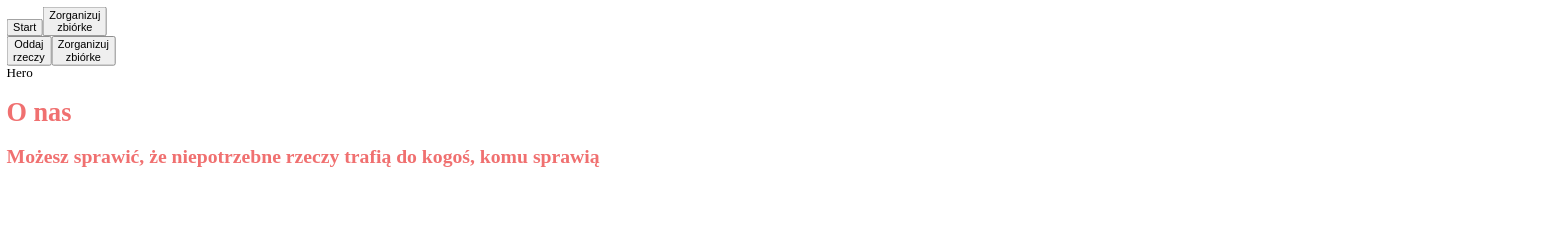
Repository: czaczula/projektstart
Page: /
These files come from the project's save history. The page is drawn as it stood at one moment and after the next save; the edit follows.
The browser window is 1280 px wide. The page is 1908 px wide, so the pictures cover 1908 px, including what lies to the right of the window. The pictures show the whole page, at 82% of full size.
The project was rebuilt for these pictures with package versions that can differ from the ones it lists, and the page was loaded fresh each time. Also part of the build but not shown: src/components/ThreeColumns/_ThreeColumns.scss, src/components/Nav/_Nav.scss, src/components/Register/Register.js, src/components/LogIn/LogIn.js, src/components/Register/LogOut.js.

Above is the page before, as saved 2021-03-22 18:32:08.

### src/components/Home/Home.js
import React from 'react';
import ThreeColumns from "../ThreeColumns/ThreeColumns";
import LittleDo from "../LittleDo/LittleDo";
import WhoWeHelp from '../WhoWeHelp/WhoWeHelp';
import ContactUs from '../ContactUS/ContactUs.js';
import AboutUs from '../AboutUs/AboutUs.js';
import Footer from '../Footer/Footer.js';
import Nav from '../Nav/Nav.js';


// function App() {
//   return (
//     <div style={{ backgroundImage: `url(${background})` }}>
//       Hello World
//     </div>
//   );
// }

// export default App;
export default function Home() {
    return (
        <>

        <div>

</div>
            <Nav/>
            <ThreeColumns/>
            <LittleDo/>
            <WhoWeHelp/>
            <AboutUs/>
            <ContactUs/>
            <Footer/>
        </>
    );
}

### src/components/ThreeColumns/ThreeColumns.js
import React from 'react'
import '../ThreeColumns/_ThreeColumns.scss';

export default function ThreeColumns() {
    return (
        <div>
            Hero

        </div>
    )
}

### src/components/LittleDo/LittleDo.js
import React from 'react'

export default function LittleDo() {
    return (
        <div>

        </div>
    )
}

### src/components/WhoWeHelp/WhoWeHelp.js
import React from 'react'

export default function WhoWeHelp() {
    return (
        <div>

        </div>
    )
}

### src/components/ContactUS/ContactUs.js
import React from 'react'

export default function ContactUs() {
    return (
        <div>

        </div>
    )
}

### src/components/AboutUs/AboutUs.js
import React from 'react';
import './_AboutUs.scss';

const AboutUs = () => {
    return (
        <div className='AboutUsContainer' id='AboutUs'>
            <div className='AboutUsScr'>
            <h1>O nas</h1>
            <div className='AboutUsDec'/>
            <h2>Możesz sprawić, że niepotrzebne rzeczy trafią do kogoś, komu sprawią</h2>
            <div className='AboutUsSig'/>
            </div>
            <div className='AboutUsImg'/>
        </div>
    )
}

export default AboutUs;

### src/components/Nav/Nav.js
import React from 'react';
import HeaderButtons from '../Nav/HeaderButtons';
import NavButtons from '../Nav/NavButtons';

//import { Link } from 'react-scroll';
//import { NavLink } from 'react-router-dom';
// import * as ROUTES from '../Mapofproject/Map.js';
//import Buttons from '../Nav/HeaderButtons';
import './_Nav.scss';


// export default function Nav() {
//     return (
//         <div>
const Layout =({children}) =>{
    return(
        <>
        <container>
        <div>
        <nav><NavButtons/></nav>
        <div></div>
        <div><HeaderButtons/></div>



        </div>
        <main>{children}</main>
        </container>
        </>
    )
}

export default Layout;
//         </div>
//     )
// }

### src/components/AboutUs/_AboutUs.scss
// import '../scss/settings/_colors.scss';

.AboutUsContainer {
    width: 1900px;
    color: #F07070;

}

.AboutUs
            .AboutUsScr
            .AboutUsDec
            .AboutUsSig
            .AboutUsImg {
            background-image: '../../a';
        }

### src/components/Nav/HeaderButtons.js
import React from 'react';
//import ReactDOM from 'react-dom';

const Buttons = () => (
    <>
    <button className='HeaderButton1'>Oddaj<br/>rzeczy</button>
    <button className='HeaderButton2'>Zorganizuj <br/>zbiórke</button>
    </>
)

export default Buttons;

### src/components/Nav/NavButtons.js
import React from 'react';
//import ReactDOM from 'react-dom';

const NavButtons = () => (
    <>
    <button className='NavButton1'>Start</button>
    <button className='NavButton2'>Zorganizuj <br/>zbiórke</button>
    </>
)

export default NavButtons;

Loaded but not shown: public/index.html (common file); src/index.js (common file); src/App.js (common file); src/components/Footer/Footer.js (common file); src/components/LogIn/_LogIn.scss (no stored copy; drawn as an empty file); src/components/Register/_LogOut.scss (no stored copy; drawn as an empty file)

After the next save:
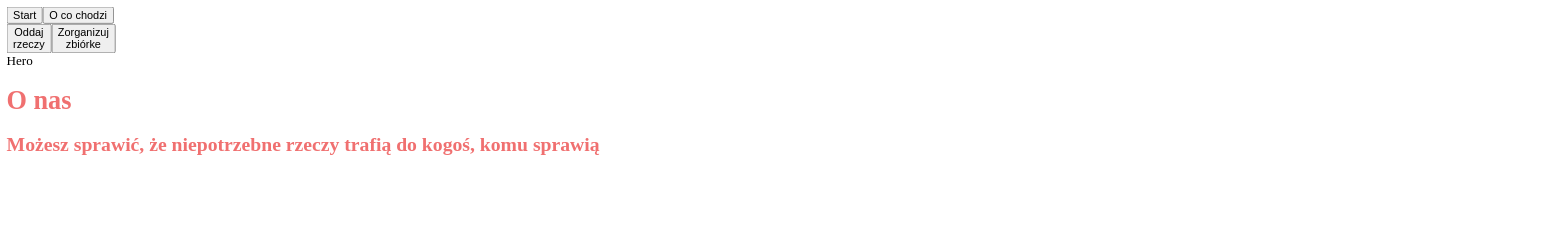
Saved 12 s later.
--- a/src/components/Nav/NavButtons.js
+++ b/src/components/Nav/NavButtons.js
@@ -4,7 +4,7 @@ import React from 'react';
 const NavButtons = () => (
     <>
     <button className='NavButton1'>Start</button>
-    <button className='NavButton2'>Zorganizuj <br/>zbiórke</button>
+    <button className='NavButton2'>O co chodzi</button>
     </>
 )
 
